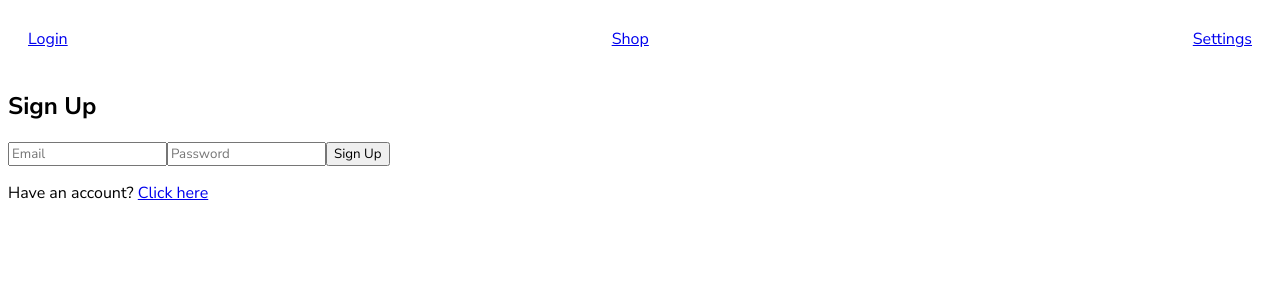
Repository: David-Waite/StudyTimer
Page: /signup
The author's editor kept a copy of each file at every save. The page is drawn from the files as they stood at one save, then again after the next save.
The browser window is 1280 px wide. The pictures show the whole page.
The project was rebuilt for these pictures with package versions that can differ from the ones it lists, and the page was loaded fresh each time. Also part of the build but not shown: vite.config.js, src/views/LoginView.vue, src/stores/settings.js, src/stores/timer.js, src/components/TimerItem.vue, src/views/HomeView.vue, src/views/ShopView.vue, src/views/SettingsView.vue.

Above is the page before, as saved 2024-04-17 17:49:42.

### src/main.js
import './assets/main.css'

import { createApp } from 'vue'
import { createPinia } from 'pinia'

import App from './App.vue'
import router from './router'
const app = createApp(App)

import { initializeApp } from 'firebase/app'
import { getFirestore } from 'firebase/firestore'
const firebaseConfig = {
  apiKey: 'AIzaSyDIrjlSH1FTxcHbbijQK5LTi-fJHY5x5Rc',
  authDomain: 'studytimer-24827.firebaseapp.com',
  projectId: 'studytimer-24827',
  storageBucket: 'studytimer-24827.appspot.com',
  messagingSenderId: '294964216380',
  appId: '1:294964216380:web:881cc678b0b004a550f939',
  measurementId: 'G-QZWGJ01WY5'
}

// Initialize Firebase app
initializeApp(firebaseConfig)

const firebaseApp = initializeApp(firebaseConfig)
const db = getFirestore(firebaseApp)

app.use(createPinia())

app.use(router)

app.mount('#app')
export default db

### src/App.vue
<script setup>
import { RouterView } from 'vue-router'
import NavItem from './components/NavItem.vue'
</script>

<template>
  <NavItem />
  <RouterView />
</template>

<style scoped></style>

### src/router/index.js
import { createRouter, createWebHistory } from 'vue-router'
import LoginView from '../views/LoginView.vue'
import HomeView from '@/views/HomeView.vue'
import ShopView from '@/views/ShopView.vue'
import SettingsView from '@/views/SettingsView.vue'
import SignupView from '@/views/SignupView.vue'

const router = createRouter({
  history: createWebHistory(import.meta.env.BASE_URL),
  routes: [
    {
      path: '/login',
      name: 'login',
      component: LoginView
    },
    {
      path: '/signup',
      name: 'signup',
      component: SignupView
    },
    {
      path: '/',
      name: 'home',
      component: HomeView
    },
    {
      path: '/shop',
      name: 'shop',
      component: ShopView
    },
    {
      path: '/settings',
      name: 'settings',
      component: SettingsView
    }
  ]
})

export default router

### src/assets/base.css
/* color palette from <https://github.com/vuejs/theme>
:root {
  --vt-c-white: #ffffff;
  --vt-c-white-soft: #f8f8f8;
  --vt-c-white-mute: #f2f2f2;

  --vt-c-black: #181818;
  --vt-c-black-soft: #222222;
  --vt-c-black-mute: #282828;

  --vt-c-indigo: #2c3e50;

  --vt-c-divider-light-1: rgba(60, 60, 60, 0.29);
  --vt-c-divider-light-2: rgba(60, 60, 60, 0.12);
  --vt-c-divider-dark-1: rgba(84, 84, 84, 0.65);
  --vt-c-divider-dark-2: rgba(84, 84, 84, 0.48);

  --vt-c-text-light-1: var(--vt-c-indigo);
  --vt-c-text-light-2: rgba(60, 60, 60, 0.66);
  --vt-c-text-dark-1: var(--vt-c-white);
  --vt-c-text-dark-2: rgba(235, 235, 235, 0.64);
}

/* semantic color variables for this project
:root {
  --color-background: var(--vt-c-white);
  --color-background-soft: var(--vt-c-white-soft);
  --color-background-mute: var(--vt-c-white-mute);

  --color-border: var(--vt-c-divider-light-2);
  --color-border-hover: var(--vt-c-divider-light-1);

  --color-heading: var(--vt-c-text-light-1);
  --color-text: var(--vt-c-text-light-1);

  --section-gap: 160px;
}

@media (prefers-color-scheme: dark) {
  :root {
    --color-background: var(--vt-c-black);
    --color-background-soft: var(--vt-c-black-soft);
    --color-background-mute: var(--vt-c-black-mute);

    --color-border: var(--vt-c-divider-dark-2);
    --color-border-hover: var(--vt-c-divider-dark-1);

    --color-heading: var(--vt-c-text-dark-1);
    --color-text: var(--vt-c-text-dark-2);
  }
}

*,
*::before,
*::after {
  box-sizing: border-box;
  margin: 0;
  font-weight: normal;
}

body {
  min-height: 100vh;
  color: var(--color-text);
  background: var(--color-background);
  transition:
    color 0.5s,
    background-color 0.5s;
  line-height: 1.6;
  font-family:
    Inter,
    -apple-system,
    BlinkMacSystemFont,
    'Segoe UI',
    Roboto,
    Oxygen,
    Ubuntu,
    Cantarell,
    'Fira Sans',
    'Droid Sans',
    'Helvetica Neue',
    sans-serif;
  font-size: 15px;
  text-rendering: optimizeLegibility;
  -webkit-font-smoothing: antialiased;
  -moz-osx-font-smoothing: grayscale;
} */

@import url('https://fonts.googleapis.com/css2?family=Nunito+Sans:ital,opsz,wght@0,6..12,200..1000;1,6..12,200..1000&display=swap');

* {
  font-family: 'Nunito Sans', sans-serif;
  font-optical-sizing: auto;
}

### src/components/NavItem.vue
<script setup>
import { RouterLink } from 'vue-router'
import { getAuth, onAuthStateChanged, signOut } from 'firebase/auth'
import router from '@/router'
</script>

<script>
export default {
  data() {
    return {
      auth: '',
      isLoggedIn: false
    }
  },
  methods: {
    handleSignOut() {
      signOut(this.auth)
      router.push('/signup')
    }
  },
  mounted() {
    this.auth = getAuth()
    onAuthStateChanged(this.auth, (user) => {
      if (user) {
        this.isLoggedIn = true
      } else {
        this.isLoggedIn = false
      }
    })
  }
}
</script>

<template>
  <div class="navContainer">
    <RouterLink v-if="!isLoggedIn" to="/login">Login</RouterLink>
    <button v-if="isLoggedIn" @click="handleSignOut">log out</button>
    <RouterLink to="/shop">Shop</RouterLink>
    <RouterLink to="/settings">Settings</RouterLink>
  </div>
</template>

<style scoped>
.navContainer {
  padding: 20px;
  display: flex;
  justify-content: space-between;
}
</style>

### src/views/SignupView.vue
<script setup>
import { createUserWithEmailAndPassword, getAuth } from 'firebase/auth'
import { doc, setDoc } from 'firebase/firestore'
import db from '@/main'
import { RouterLink } from 'vue-router'
</script>

<template>
  <div>
    <h2>Sign Up</h2>
    <form @submit.prevent="registerUser">
      <input v-model="email" type="email" placeholder="Email" required />
      <input v-model="password" type="password" placeholder="Password" required />
      <button type="submit">Sign Up</button>
    </form>
    <p>Have an account? <RouterLink to="/login">Click here</RouterLink></p>
  </div>
</template>

<script>
export default {
  data() {
    return {
      email: '',
      password: '',
      auth: ''
    }
  },
  methods: {
    async registerUser() {
      try {
        console.log(this.email, this.password)

        // Use Firebase authentication API to create a new user
        await createUserWithEmailAndPassword(getAuth(), this.email, this.password)
        this.auth = getAuth()
        // Redirect to the home page or another route
        const userRef = doc(db, 'users', this.auth.currentUser.uid)
        // Example: Add user-specific data
        await setDoc(userRef, {
          name: 'John Doe',
          email: this.email
        })

        // Other user properties}
        this.$router.push('/')
      } catch (error) {
        console.error('Error creating user:', error)
      }
    },
    mounted() {
      this.auth = getAuth()
      onAuthStateChanged(this.auth, (user) => {
        if (user) {
          this.isLoggedIn = true
        } else {
          this.isLoggedIn = false
        }
      })
    }
  }
}
</script>

Loaded but not shown: index.html (common file); src/assets/main.css (common file)

After the next save:
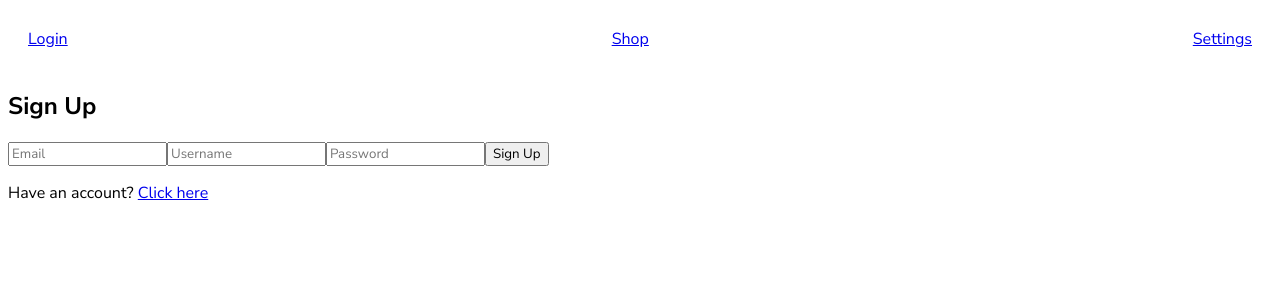
Saved 102 s later.
--- a/src/views/SignupView.vue
+++ b/src/views/SignupView.vue
@@ -10,6 +10,7 @@ import { RouterLink } from 'vue-router'
     <h2>Sign Up</h2>
     <form @submit.prevent="registerUser">
       <input v-model="email" type="email" placeholder="Email" required />
+      <input v-model="username" type="text" placeholder="Username" required />
       <input v-model="password" type="password" placeholder="Password" required />
       <button type="submit">Sign Up</button>
     </form>
@@ -22,6 +23,7 @@ export default {
   data() {
     return {
       email: '',
+      username: '',
       password: '',
       auth: ''
     }
